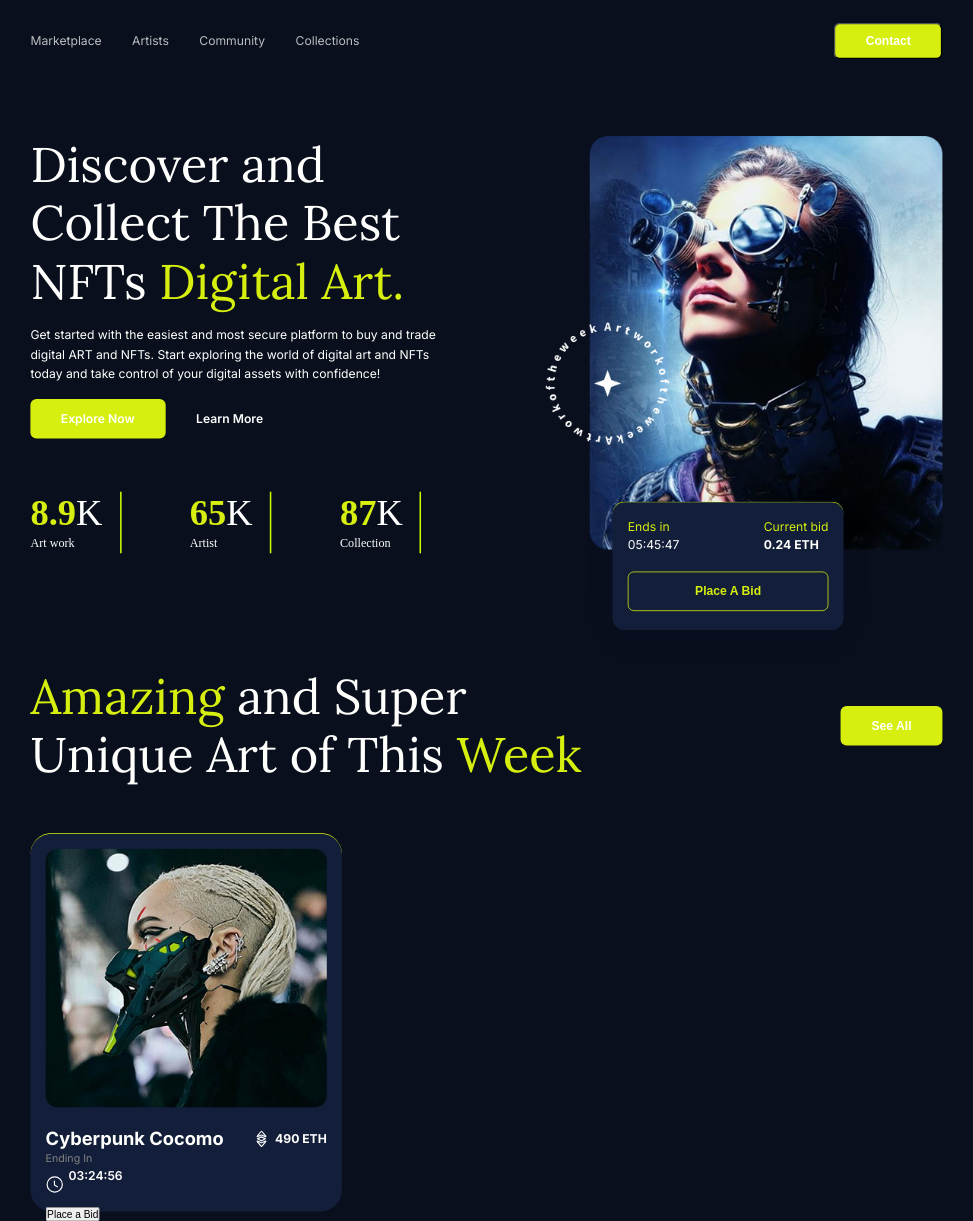
Repository: Kamron5505/NftMarketplace
Page: index.html
These files come from the project's save history. The page is drawn as it stood at one moment and after the next save; the edit follows.
The browser window is 1280 px wide. The pictures show the whole page, at 76% of full size.

Above is the page before, as saved 2025-07-09 14:03:43.

### index.html
<!DOCTYPE html>
<html lang="en">

<head>
    <meta charset="UTF-8">
    <meta name="viewport" content="width=device-width, initial-scale=1.0">
    <title>NFTMarketplace Landing</title>
    <link rel="stylesheet" href="./style.css">
    <link
        href="https://fonts.googleapis.com/css2?family=Inter:wght@400;600;700&family=Source+Sans+Pro:wght@400;600;700&family=Lora:wght@400;700&display=swap"
        rel="stylesheet">

</head>

<body>
    <header class="header">
        <div class="container">
            <nav class="nav">
                <ul class="nav-list">
                    <li class="nav-item"><a href="#" class="nav-link">Marketplace</a></li>
                    <li class="nav-item"><a href="#" class="nav-link">Artists</a></li>
                    <li class="nav-item"><a href="#" class="nav-link">Community</a></li>
                    <li class="nav-item"><a href="#" class="nav-link">Collections</a></li>
                </ul>
                <button class="header-contact-btn">Contact</button>
            </nav>
        </div>
    </header>
    <main class="main">
        <section class="nft-section">
            <div class="container">
                <div class="nft-wrapper">
                    <div class="content-left">
                        <h1 class="title">
                            Discover and <br>
                            Collect The Best <br>
                            NFTs <span class="highlight"> Digital Art.</span>
                        </h1>

                        <p class="description">
                            Get started with the easiest and most secure platform to buy and trade digital ART and NFTs.
                            Start exploring the world of digital art and NFTs today and take control of your digital
                            assets with confidence!
                        </p>

                        <div class="buttons">
                            <a href="#" class="btn btn-primary">Explore Now</a>
                            <a href="#" class="btn btn-secondary">Learn More</a>
                        </div>

                        <div class="stats">
                            <div class="stat">
                                <div class="number">8.9<span class="note">K</span></div>
                                <div class="label">Art work</div>
                            </div>
                            <div class="stat">
                                <div class="number">65<span class="note">K</span></div>
                                <div class="label">Artist</div>
                            </div>
                            <div class="stat">
                                <div class="number">87<span class="note">K</span></div>
                                <div class="label">Collection</div>
                            </div>
                        </div>
                    </div>
                    <div class="content-right">
                        <div class="header-image">
                            <img src="./images/main-header-img.png" alt="NFT Image" class="hero-image">
                            <img src="./images/circle.png" alt="" class="circle-image">
                        </div>
                        <div class="nft-card">
                            <div class="nft-card__info">
                                <div class="nft-card__timer">
                                    <span class="value ">Ends in</span>
                                    <span class="nft-note">05:45:47</span>
                                </div>
                                <div class="nft-card__bid">
                                    <span class="value ">Current bid</span>
                                    <span class="nft-card__note">0.24 ETH</span>
                                </div>
                                <button href="#" class="nft-card__btn nft-card__btn--bid">Place A Bid</button>
                            </div>
                        </div>
                    </div>
                </div>
            </div>
        </section>
        <section class="art-section">
            <div class="container">
                <div class="art-section__header">
                    <h2 class="art-section__title">
                        <span class="text-highlight">Amazing</span>
                        and Super <br>
                        Unique Art of This
                        <span class="text-highlight">Week</span>
                    </h2>
                    <button href="#" class="art-section__btn-view-all">See All</button>
                </div>
                <div class="art-section__cards">
                    <div class="art-card">
                        <img src="./images/Cyberpunk Cocomo 490ETH.png" alt="Cyberpunk Cocomo"
                            class="art-card__image" />
                        <div class="art-card-name">
                            <h3 class="art-card__title">Cyberpunk Cocomo</h3>

                            <div class="art-card-price-wrapper">
                                <svg width="24" height="25" viewBox="0 0 24 25" fill="none"
                                    xmlns="http://www.w3.org/2000/svg">
                                    <path
                                        d="M6.90001 9.6L11.7 7.5C11.9 7.4 12.1 7.4 12.4 7.5L17.2 9.6C17.6 9.8 18 9.3 17.7 8.9L12.7 2.8C12.4 2.4 11.8 2.4 11.5 2.8L6.50001 8.9C6.10001 9.3 6.50001 9.8 6.90001 9.6Z"
                                        stroke="white" stroke-width="1.5" stroke-miterlimit="10" stroke-linecap="round"
                                        stroke-linejoin="round" />
                                    <path
                                        d="M6.90001 15.4L11.7 17.5C11.9 17.6 12.1 17.6 12.4 17.5L17.2 15.4C17.6 15.2 18 15.7 17.7 16.1L12.7 22.2C12.4 22.6 11.8 22.6 11.5 22.2L6.50001 16.1C6.10001 15.7 6.50001 15.2 6.90001 15.4Z"
                                        stroke="white" stroke-width="1.5" stroke-miterlimit="10" stroke-linecap="round"
                                        stroke-linejoin="round" />
                                    <path d="M12 9.90002L6.79999 12.5L12 15.1L17.2 12.5L12 9.90002Z" stroke="white"
                                        stroke-width="1.5" stroke-miterlimit="10" stroke-linecap="round"
                                        stroke-linejoin="round" />
                                </svg>
                                <p class="art-card__price">490 ETH</p>
                            </div>
                        </div>

                        <div class="art-card__info">
                            <div class="art-card__time">
                                <p class="art-card__time__ending">Ending In</p>
                                <div class="art-card__time-value">
                                    <i class="icon-clock">
                                        <svg width="24" height="25" viewBox="0 0 24 25" fill="none"
                                            xmlns="http://www.w3.org/2000/svg">
                                            <path
                                                d="M22 12.5C22 18.02 17.52 22.5 12 22.5C6.48 22.5 2 18.02 2 12.5C2 6.98 6.48 2.5 12 2.5C17.52 2.5 22 6.98 22 12.5Z"
                                                stroke="white" stroke-width="1.5" stroke-linecap="round"
                                                stroke-linejoin="round" />
                                            <path
                                                d="M15.71 15.68L12.61 13.83C12.07 13.51 11.63 12.74 11.63 12.11V8.01001"
                                                stroke="white" stroke-width="1.5" stroke-linecap="round"
                                                stroke-linejoin="round" />
                                        </svg>
                                    </i>
                                    <span>03:24:56</span>
                                </div>
                            </div>
                        </div>

                        <button href="#" class="art-card__btn-bid">Place a Bid</button>
                    </div>
                </div>

            </div>
        </section>
    </main>
</body>

</html>

### style.css
* {
    margin: 0;
    padding: 0;
    text-decoration: none;
    list-style: none;
    box-sizing: border-box;
}


body {
    background: #090f1d;
    color: #fffffd;
}

:root {
    --font-family: "Inter", sans-serif;
    --second-family: "Source Sans Pro", sans-serif;
    --third-family: "Lora", serif;
}

h1,
h2,
h3,
h4,
h5,
h6 {
    font-family: "Lora", serif;
    font-weight: 500;
    font-size: 64px;
    line-height: 120%;
    color: #fffffd;
}

.highlight {
    color: #d6ef0e;
}

.header {
    margin-top: 30px;
    font-family: "Inter", sans-serif;
}

.container {
    width: 1200px;
    margin: 0 auto;
}

.nav {
    display: flex;
    align-items: center;
    justify-content: space-between;
}

.nav-list {
    display: flex;
    gap: 40px;
}

.nav-link {
    font-weight: 400;
    font-size: 16px;
    line-height: 160%;
    color: rgba(255, 255, 253, 0.72);
}

.nav-link:hover {
    border-bottom: 1px solid #d6ef0e;
    width: 94px;
    height: 26px;
    transition: all 0.3s ease;
}

.header-contact-btn {
    background: #d6ef0e;
    border-radius: 8px;
    padding: 12px 40px;
    width: 143px;
    height: 48px;
    font-weight: 700;
    font-size: 16px;
    line-height: 120%;
    color: #fff;
}

.nft-section {
    margin-top: 100px;
}

.nft-wrapper {
    display: flex;
    align-items: center;
    justify-content: space-between;
}

.description {
    font-family: "Inter", sans-serif;
    font-weight: 400;
    font-size: 16px;
    width: 544px;
    line-height: 160%;
    color: #fffffd;
    margin-top: 20px;
}

.buttons {
    display: flex;
    gap: 40px;
    align-items: center;
    margin-top: 20px;
}

.btn {
    font-family: "Inter", sans-serif;
    font-weight: 600;
    font-size: 16px;
    color: #fff;
}

.btn-primary {
    display: flex;
    align-items: center;
    line-height: 120%;
    border-radius: 8px;
    padding: 12px 40px;
    width: 178px;
    height: 52px;
    background: #d6ef0e;
}

.stats {
    display: flex;
    gap: 90px;
    margin-top: 70px;
    color: white;
}

.stat {
    display: flex;
    flex-direction: column;
    position: relative;
    padding-right: 25px;
}

.stat::after {
    content: "";
    position: absolute;
    top: 0;
    bottom: 0;
    right: 0;
    width: 2px;
    background-color: #ccff00;
}

.stat:last-child {
    padding-right: 24px;
}

.number {
    font-family: ;
    font-size: 48px;
    font-weight: bold;
    color: #d6ef0e;
}

.note {
    font-weight: normal;
    color: white;
}

@keyframes spin {
    from {
        transform: rotate(0deg);
    }

    to {
        transform: rotate(360deg);
    }
}

.circle-image {
    position: absolute;
    right: 355px;
    top: 240px;
    animation: spin 20s linear infinite;
}

.label {
    font-weight: 400;
    font-size: 16px;
    line-height: 160%;
    color: white;
}

.header-image {
    position: relative;
}

.circle-image {
    position: absolute;
    right: 355px;
    top: 240px;
}

.nft-card {
    position: absolute;
    top: 660px;
    right: 170px;
    border-top: 1px solid #d6ef0e;
    border-radius: 16px;
    padding: 20px;
    width: 304px;
    height: 169px;
    box-shadow: 0 9px 50px 0 rgba(23, 36, 65, 0.04);
    background: #131e3a;
}

.nft-card__info {
    display: flex;
    flex-wrap: wrap;
    justify-content: space-between;
    font-family: "Inter", sans-serif;

}

.nft-card__timer,
.nft-card__bid {
    display: flex;
    flex-direction: column;
}

.value {
    font-weight: 400;
    font-size: 16px;
    line-height: 160%;
    color: #d6ef0e;
}

.nft-card__note {
    font-weight: 700;
    font-size: 16px;
    line-height: 120%;
    color: #fffffd;
}

.nft-card__btn {
    border: 1px solid #d6ef0e;
    border-radius: 8px;
    padding: 12px 40px;
    width: 264px;
    background: transparent;
    height: 52px;
    margin-top: 25px;
    font-weight: 700;
    font-size: 16px;
    line-height: 120%;
    color: #d6ef0e;
}

.art-section {
    margin-top: 150px;
    font-family: "Inter", sans-serif;

}

.art-section__header {
    display: flex;
    justify-content: space-between;
    align-items: center;
}


.text-highlight {
    color: #d6ef0e;

}

.art-section__btn-view-all {
    font-weight: 700;
    font-size: 16px;
    line-height: 120%;
    color: #fff;
    border-radius: 8px;
    padding: 12px 40px;
    width: 134px;
    height: 52px;
    background: #d6ef0e;
    border: none;
}

.art-section__cards {
    margin-top: 65px;
}

.art-card-price-wrapper {
    display: flex;
    align-items: center;
    gap: 6px;
}

.art-card {
    border-top: 1px solid #d6ef0e;
    border-radius: 28px;
    padding: 20px;
    width: 410px;
    height: 498px;
    background: #131e3a;
}

.art-card__time__ending {
    font-weight: 400;
    font-size: 14px;
    line-height: 160%;
    color: #838382;
}

.art-card__time-value {
    display: flex;
    align-items: center;
    gap: 6px;
    /* или 0, если без отступа */
}

.art-card__time-value span {
    font-family: "Inter", sans-serif;
    font-size: 16px;
    padding-bottom: 30px;
    font-weight: 600;
    color: #fffffd;
}

.art-card__image {}

.art-card-name {
    display: flex;
    align-items: center;
    justify-content: space-between;
    padding-top: 23px;

}

.art-card__title {
    font-family: "Inter", sans-serif;
    font-weight: 700;
    font-size: 24px;
    line-height: 120%;
    color: #fffffd;
}

.art-card__info {}

.art-card__time {}

.icon-clock {}

.art-card__price {
    font-family: "Inter", sans-serif;
    font-weight: 700;
    font-size: 16px;
    line-height: 120%;
    color: #fffffd;
}

.endin .art-card__btn-bid {}

After the next save:
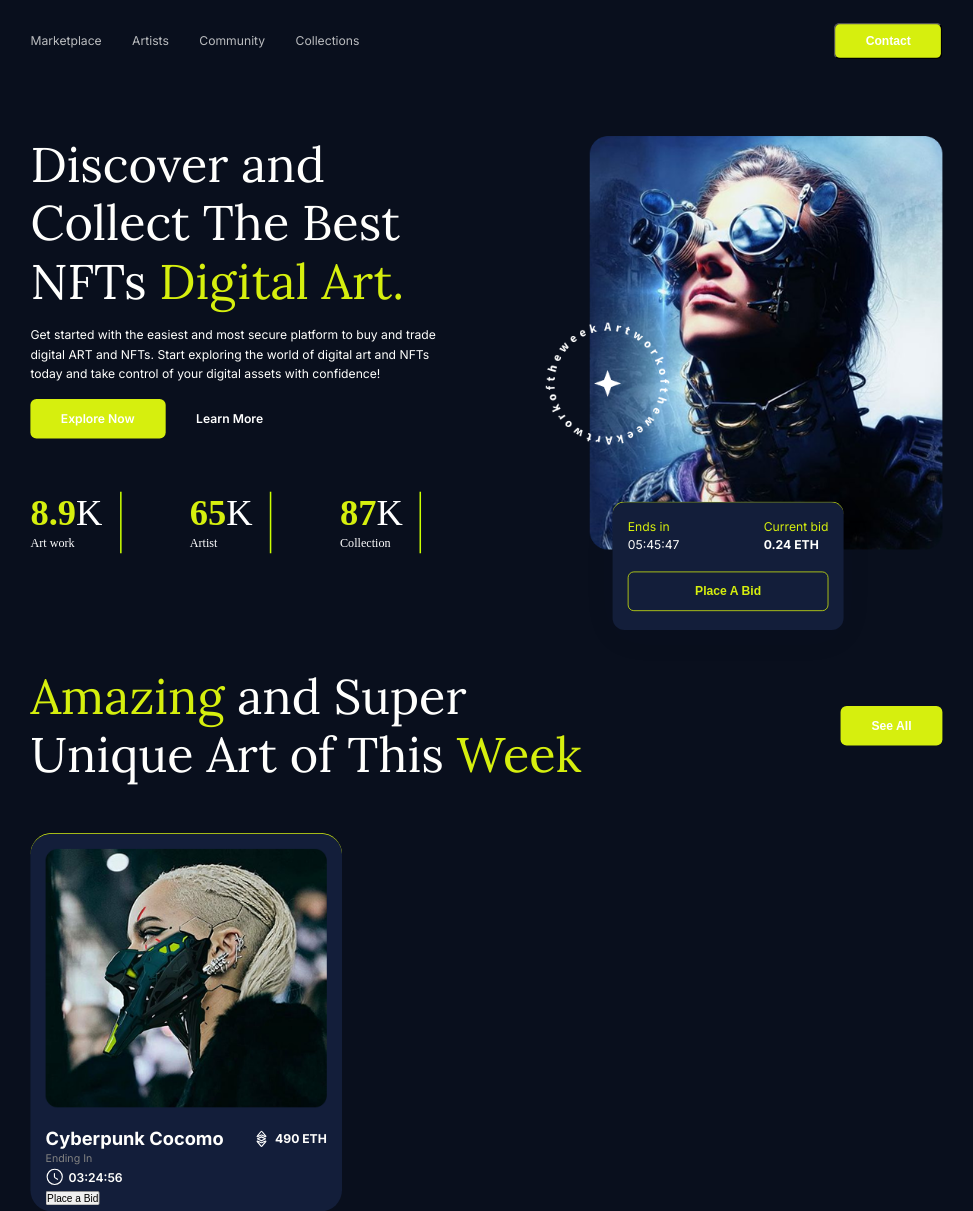
Saved 4 s later.
--- a/style.css
+++ b/style.css
@@ -323,7 +323,7 @@ h6 {
 .art-card__time-value span {
     font-family: "Inter", sans-serif;
     font-size: 16px;
-    padding-bottom: 30px;
+    padding-bottom: 3px;
     font-weight: 600;
     color: #fffffd;
 }
